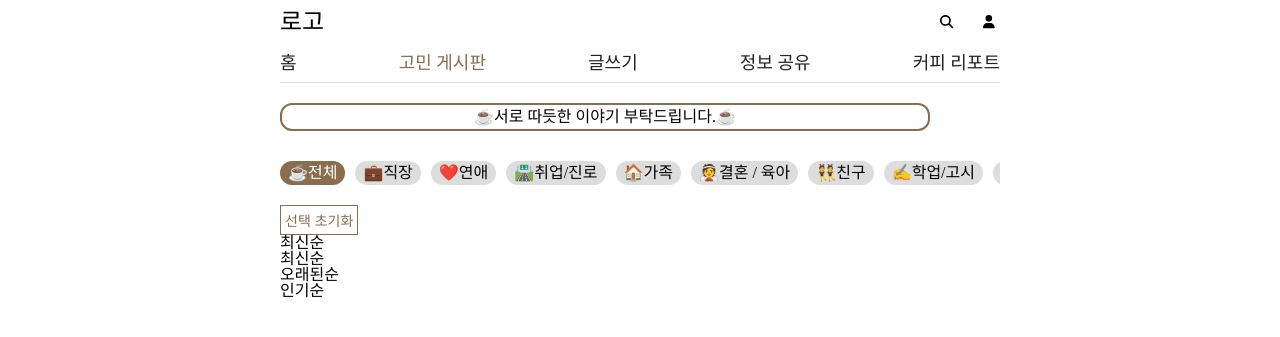
Repository: zlazlazla35/coffee
Page: /list
The author's editor kept a copy of each file at every save. The page is drawn from the files as they stood at one save, then again after the next save.
The browser window is 1280 px wide. The pictures show the whole page.
Some web fonts or font styles are not loaded; a fallback is used. The project was rebuilt for these pictures with package versions that can differ from the ones it lists, and the page was loaded fresh each time. The framework's server and built-in components were replaced by stand-ins that run in the browser. Also part of the build but not shown: next.config.mjs.

Above is the page before, as saved 2024-12-26 18:22:49.

After the next save:
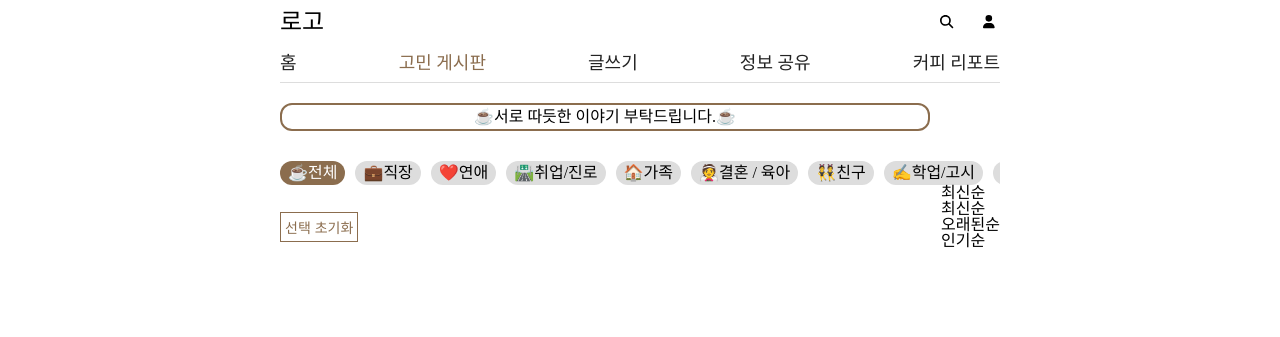
Saved 22 s later.
--- a/src/app/globals.css
+++ b/src/app/globals.css
@@ -76,4 +76,8 @@ a {text-decoration: none; color: inherit;}
 .liset_page .tag .tag_list li {background: #ddd; font-size: 16px; box-sizing: border-box; padding: 4px 8px; border-radius: 12px; margin-right: 10px; cursor: pointer;}
 .liset_page .tag .tag_list li:last-child {margin-right: 0;}
 .liset_page .tag .tag_list li.on {background: #8b6d4e; color: #fff;}
+.liset_page .filterBox {width: 100%; display: flex; align-items: center; justify-content: space-between;}
+
+
+
 .liset_page .tag_reset{display: inline-block; box-sizing: border-box; padding: 4px; border: 1px solid #8b6d4e; background: none; color: #8b6d4e; font-size: 14px; margin-top: 20px;}
